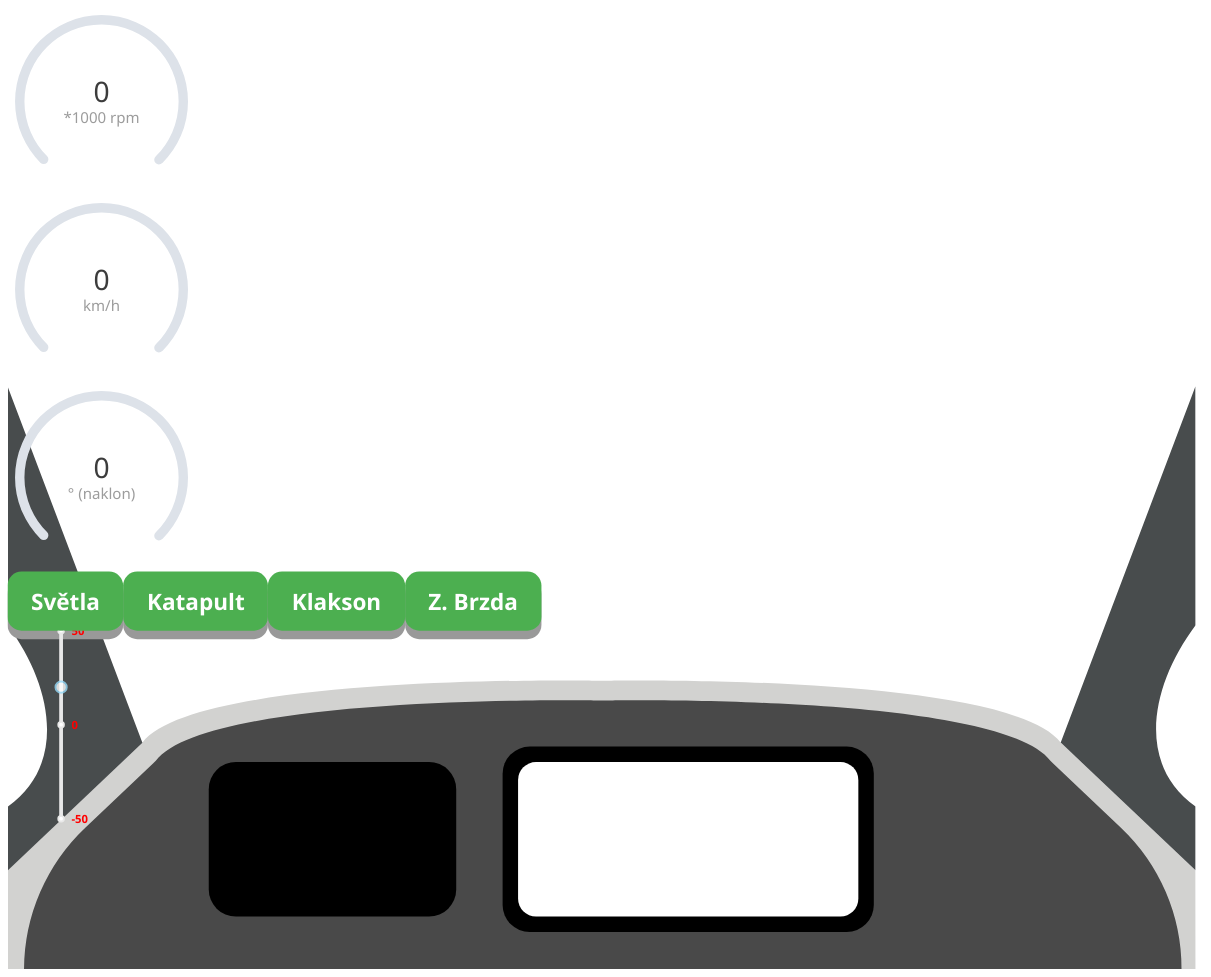
Repository: matyasvelc/train
Page: / (app in frontend/)
These files come from the project's save history. The page is drawn as it stood at one moment and after the next save; the edit follows.
The browser window is 1280 px wide. The page is 1280 px wide, then 1288 px, so the pictures cover 1288 px, including what lies to the right of the window. The pictures show the whole page, at 94% of full size.
The page's requests for data from a server got no answer. The project was rebuilt for these pictures with package versions that can differ from the ones it lists, and the page was loaded fresh each time. No one was signed in, and anything a server would have sent is missing.

Above is the page before, as saved 2022-04-04 16:22:53.

After the next save:
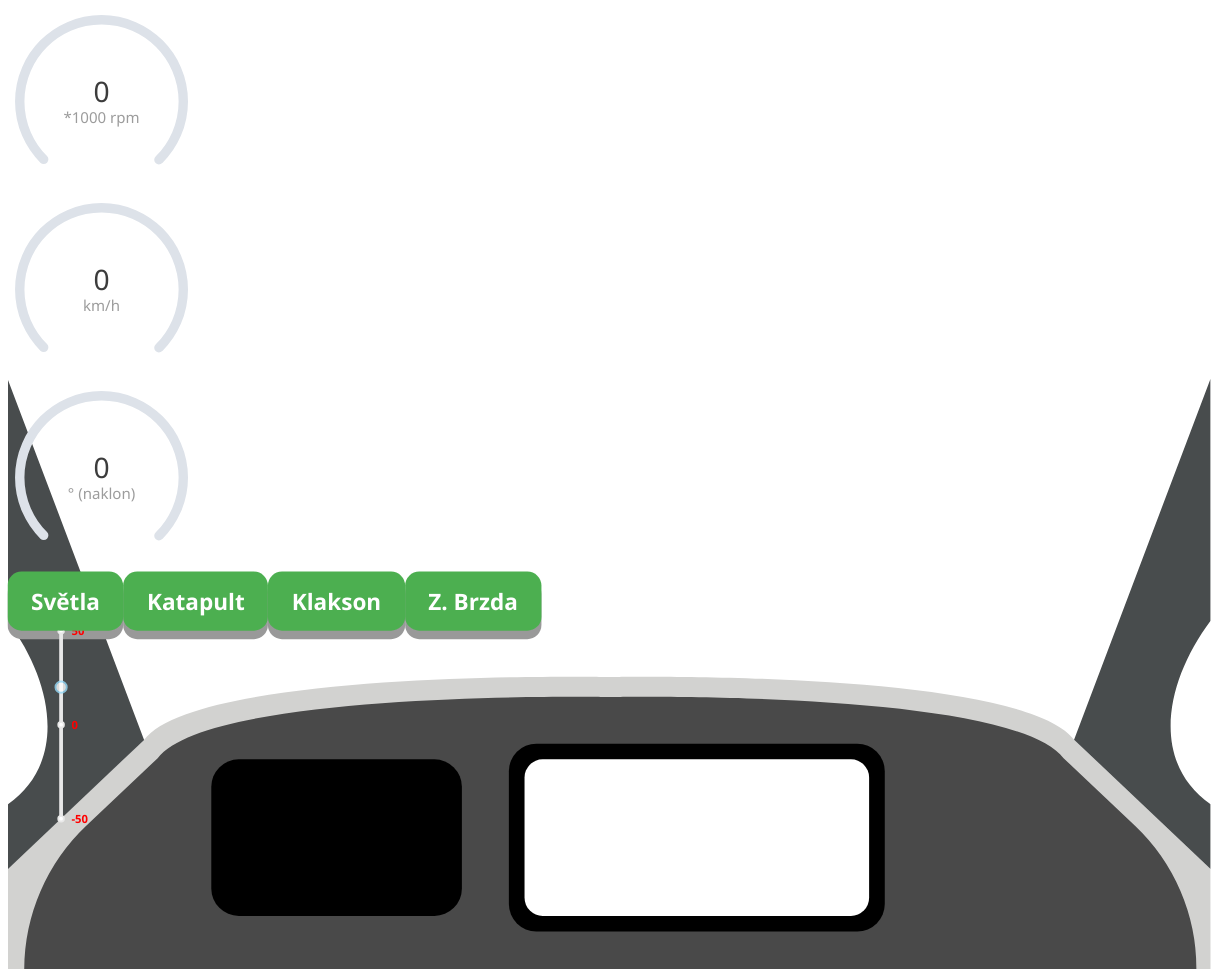
Saved 32 s later.
--- a/frontend/src/styles.css
+++ b/frontend/src/styles.css
@@ -5,15 +5,20 @@ body {
   user-select: none;
   overflow: hidden;
   padding: 0;
+  width: 100%;
+  height: 100%;
 }
 
 .demo > div {
+  width: 100%;
+  height: 100%;
 }
 .vlak {
   background-image:url(./train.svg);
   background-repeat: no-repeat;
   background-size: 100%;
   width: 100%;
+  height: 100%;
   overflow: hidden;
   background-position: bottom;
 }
